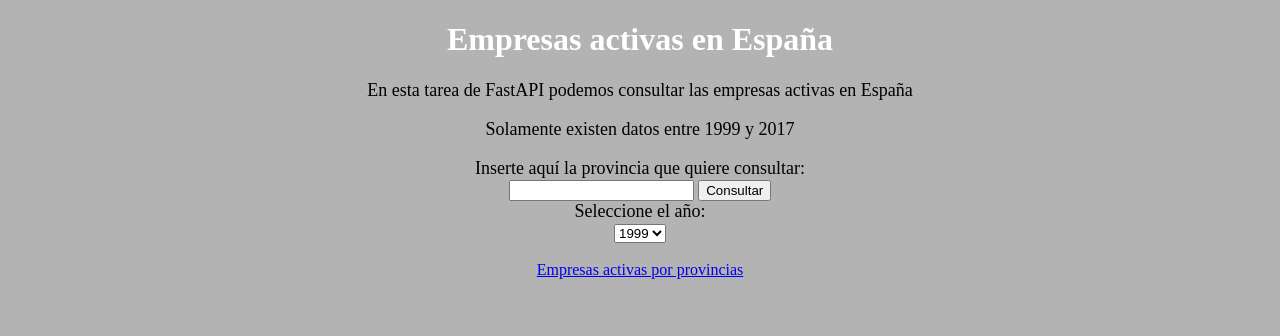
Repository: juanfrancisco164/fastAPI_1
Page: static/empresasActivas.html
An editor plug-in stored every save of this project. The page is shown before and after the next save, followed by the edit.
The browser window is 1280 px wide. The pictures show the whole page.

Above is the page before, as saved 2023-11-10 19:43:10.

After the next save:
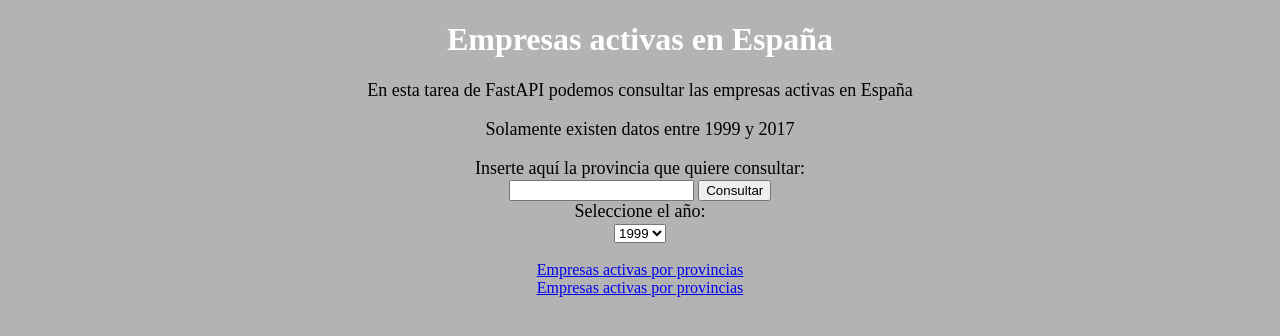
Saved 32 s later.
--- a/static/empresasActivas.html
+++ b/static/empresasActivas.html
@@ -61,6 +61,8 @@
     <div id="personasDiv"></div>
 
     <A HREF="https://opendata.esri.es/datasets/ComunidadSIG::empresas-activas-por-provincias/explore">Empresas activas por provincias</A>
+    <br>
+    <A HREF="https://opendata.esri.es/datasets/ComunidadSIG::empresas-activas-por-provincias/api">Empresas activas por provincias</A>
 </body>
 
 <script>
